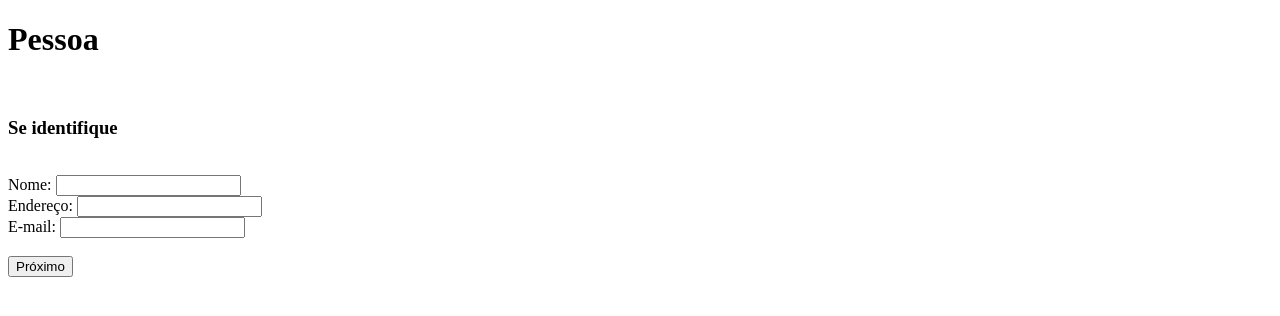
Repository: lucas-zanette/Treinamentos
Page: http://localhost/Censo2018_BD/eletro.jsp
These files come from the project's save history. The page is drawn as it stood at one moment and after the next save; the edit follows.
The browser window is 1280 px wide. The pictures show the whole page.
The page is served by Tomcat 9. Queries for data that is not in the repository find no rows.

Above is the page before, as saved 2018-01-22 22:03:24.

After the next save:
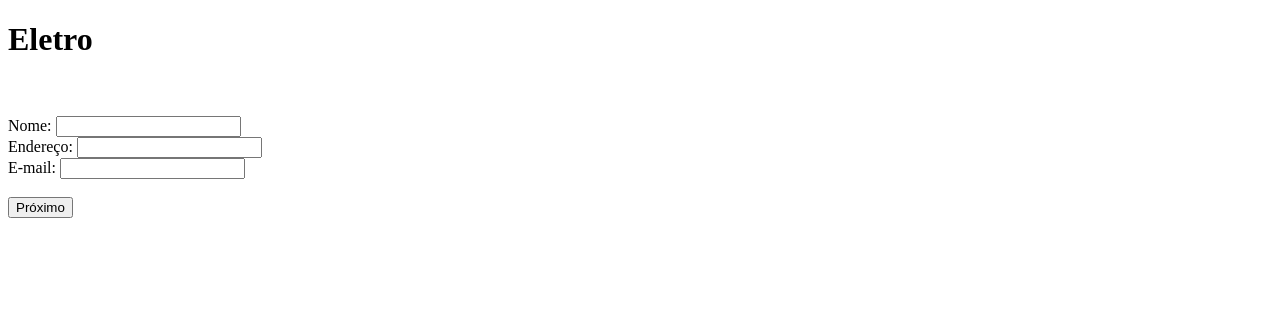
Saved 6 min 50 s later.
--- a/JEE-Jan2018/Censo2018_BD/WebContent/eletro.jsp
+++ b/JEE-Jan2018/Censo2018_BD/WebContent/eletro.jsp
@@ -53,11 +53,9 @@
 
 	<tl:MinhaTag />
 
-
-	<form method="POST" action="eletro.jsp">
-	<H1>Pessoa</H1>
+	<form method="POST" action="Pet.jsp">
+	<H1>Eletro</H1>
 	<br>
-	<H3>Se identifique</H3>
 	<br>
 	Nome: <input type="text" size="20" name="nome"><br>
 	Endereço: <input type="text" size="20" name="endereco"><br>
